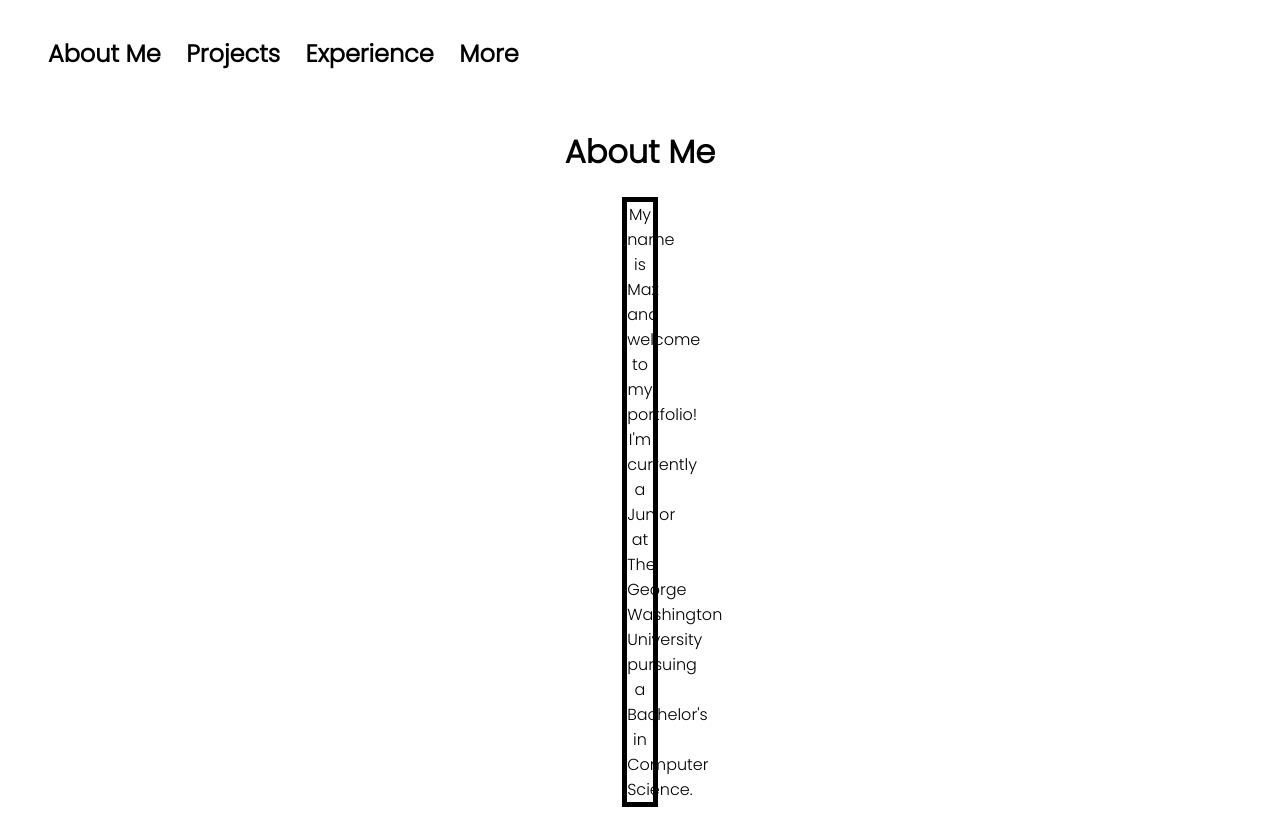
Repository: notMaximilian/maximilianaquino.github.io
Page: about.html
The author's editor kept a copy of each file at every save. The page is drawn from the files as they stood at one save, then again after the next save.
The browser window is 1280 px wide. The pictures show the whole page.

Above is the page before, as saved 2022-02-10 09:47:29.

### about.html
<!DOCTYPE html>
<html lang="en">

<head>
  <meta charset="UTF-8">
  <meta name="viewport" content="width=device-width, initial-scale=1, user-scaleable=no">
  <title>Max Aquino</title>
  <link rel="preconnect" href="https://fonts.googleapis.com">
  <link rel="preconnect" href="https://fonts.gstatic.com" crossorigin>
  <link href="https://fonts.googleapis.com/css2?family=Poppins:wght@300&display=swap" rel="stylesheet">
  <link rel="stylesheet" href="css/subpage.css">
</head>

<body>


      <div class="mainNav">
        <ul class = "navmenu">
          <li class = "navmenuItems"><h2 id="about">About Me</h2></li>
          <li class = "navmenuItems"><h2 id="projects">Projects</h2></li>
          <li class = "navmenuItems"><h2 id="experience">Experience</h2></li>
          <li class = "navmenuItems"><h2 id="more">More</h2></li>
        </ul>

      <br>
      <br>
      <br>
      <h1>About Me</h1>
      <p>My name is Max and welcome to my portfolio! I'm currently a Junior at
        The George Washington University pursuing a Bachelor's in Computer Science.

      </p>



  <!-- Maximilian Fade in and out -->

  <!-- <script src="js/game.js"></script> -->
</body>

</html>

### css/subpage.css
.corners{
    position: absolute;
    width: 16vw;
}

#cornerL{
    transform: translate(-35vw, 23vh);
}
#cornerR{
    transform: translate(35vw, 23vh);
}

#github{
    position: absolute;
    width: 7vw;
    transform: translate(32vw, 28vh);
}
#twitter{
    position: absolute;
    width: 7vw;
    transform: translate(-32vw, 30vh);
}

ul{
    list-style-type: none;
}
li{
    float: left;
    font-family: "Poppins", sans-serif;
    margin-right: 2vw;
}

h1{
    font-family: "Poppins", sans-serif;
    text-align: center;
    margin-top: 8vh;
}

p{
    inline-size: 2vw;
    font-family: "Poppins", sans-serif;
    text-align: center;
    border: 5px solid black;
    margin: 0 auto;
}

After the next save:
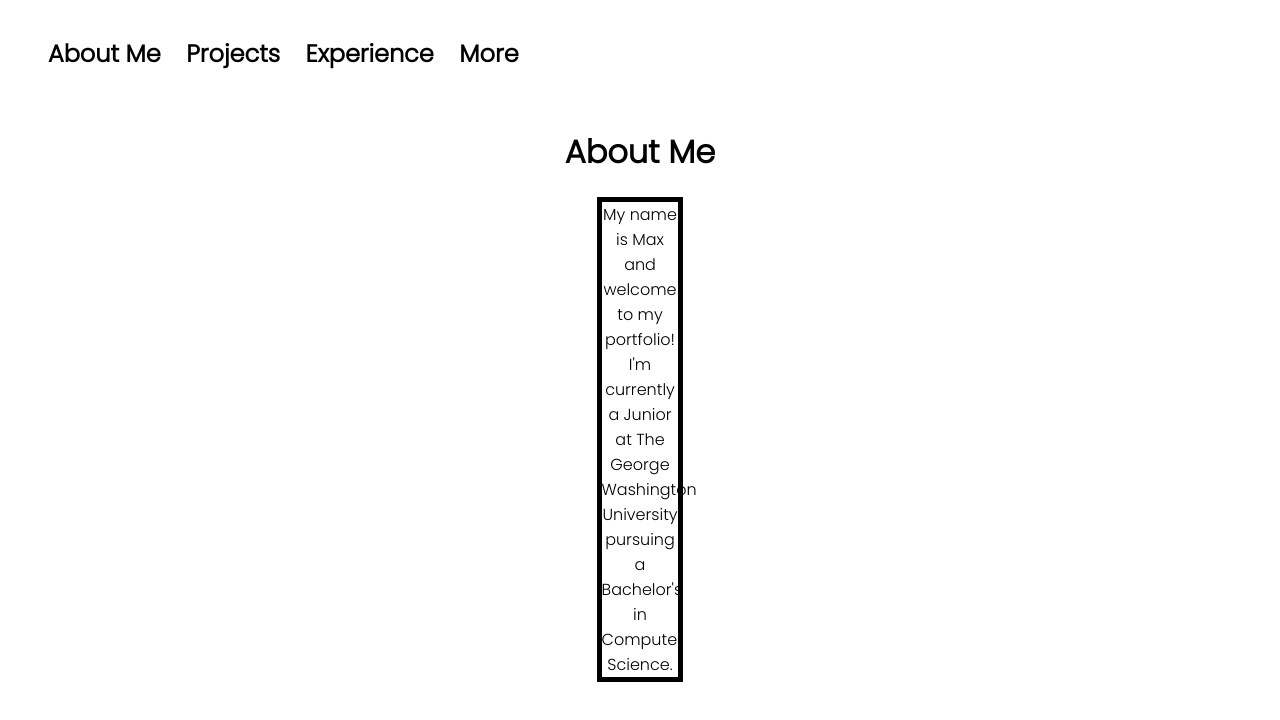
Saved 4 s later.
--- a/css/subpage.css
+++ b/css/subpage.css
@@ -37,7 +37,7 @@ h1{
 }
 
 p{
-    inline-size: 2vw;
+    inline-size: 6vw;
     font-family: "Poppins", sans-serif;
     text-align: center;
     border: 5px solid black;
